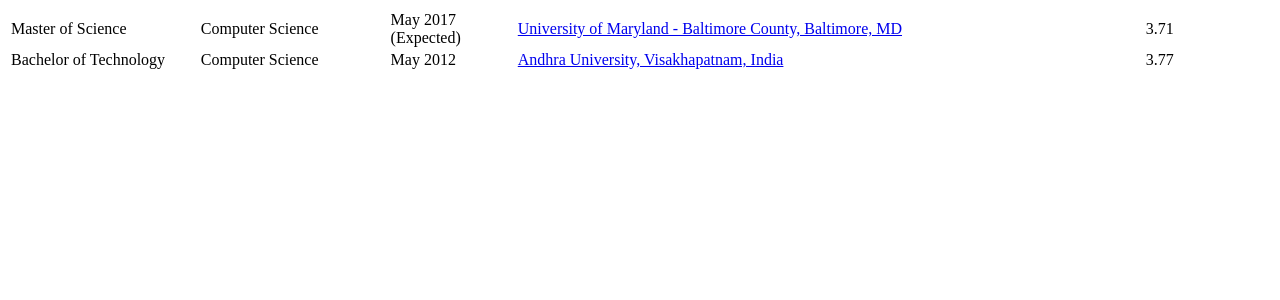
Repository: phanindrakannaji/Resume
Page: http://localhost/application/pages/education.php
An editor plug-in stored every save of this project. The page is shown before and after the next save, followed by the edit.
The browser window is 1280 px wide. The pictures show the whole page.
The page is run by PHP 8.4 with error messages shown; the project is at /var/www/html/.

Above is the page before, as saved 2016-09-25 04:49:01.
Console error: ReferenceError: $ is not defined

### Resume/application/pages/education.php
<script type="text/javascript"
	src="../resources/scripts/refreshScript.js"></script>
<table>
	<tbody>
		<tr>
			<td class="customfont2 smalltext" width="15%">Master of Science</td>
			<td class="customfont2 smalltext" width="15%">Computer Science</td>
			<td class="customfont2 smalltext" width="10%">May 2017 (Expected)</td>
			<td class="customfont2 smalltext" width="50%"><a
				href="https://en.wikipedia.org/wiki/University_of_Maryland,_Baltimore_County"
				target="blank">University of Maryland - Baltimore County, Baltimore,
					MD</a></td>
			<td class="customfont2 smalltext" width="10%">3.71</td>
		</tr>
		<tr>
			<td class="customfont2 smalltext" width="15%">Bachelor of Technology</td>
			<td class="customfont2 smalltext" width="15%">Computer Science</td>
			<td class="customfont2 smalltext" width="10%">May 2012</td>
			<td class="customfont2 smalltext" width="50%"><a
				href="https://en.wikipedia.org/wiki/Andhra_University"
				target="blank">Andhra University, Visakhapatnam, India</a></td>
			<td class="customfont2 smalltext" width="10%">3.77</td>
		</tr>
	</tbody>
</table>

### Resume/resources/scripts/refreshScript.js
$(document).ready(function(){
	$("#commandInput").keypress(function(e){
		keypressInBox(e);
	});
	$("#commandInput").focus();
})

After the next save:
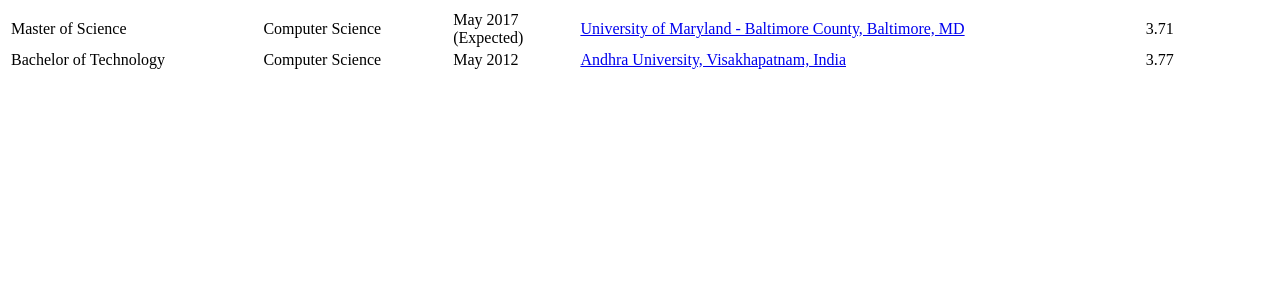
Saved 24 s later.
--- a/Resume/application/pages/education.php
+++ b/Resume/application/pages/education.php
@@ -3,20 +3,20 @@
 <table>
 	<tbody>
 		<tr>
-			<td class="customfont2 smalltext" width="15%">Master of Science</td>
+			<td class="customfont2 smalltext" width="20%">Master of Science</td>
 			<td class="customfont2 smalltext" width="15%">Computer Science</td>
 			<td class="customfont2 smalltext" width="10%">May 2017 (Expected)</td>
-			<td class="customfont2 smalltext" width="50%"><a
+			<td class="customfont2 smalltext" width="45%"><a
 				href="https://en.wikipedia.org/wiki/University_of_Maryland,_Baltimore_County"
 				target="blank">University of Maryland - Baltimore County, Baltimore,
 					MD</a></td>
 			<td class="customfont2 smalltext" width="10%">3.71</td>
 		</tr>
 		<tr>
-			<td class="customfont2 smalltext" width="15%">Bachelor of Technology</td>
+			<td class="customfont2 smalltext" width="20%">Bachelor of Technology</td>
 			<td class="customfont2 smalltext" width="15%">Computer Science</td>
 			<td class="customfont2 smalltext" width="10%">May 2012</td>
-			<td class="customfont2 smalltext" width="50%"><a
+			<td class="customfont2 smalltext" width="45%"><a
 				href="https://en.wikipedia.org/wiki/Andhra_University"
 				target="blank">Andhra University, Visakhapatnam, India</a></td>
 			<td class="customfont2 smalltext" width="10%">3.77</td>
